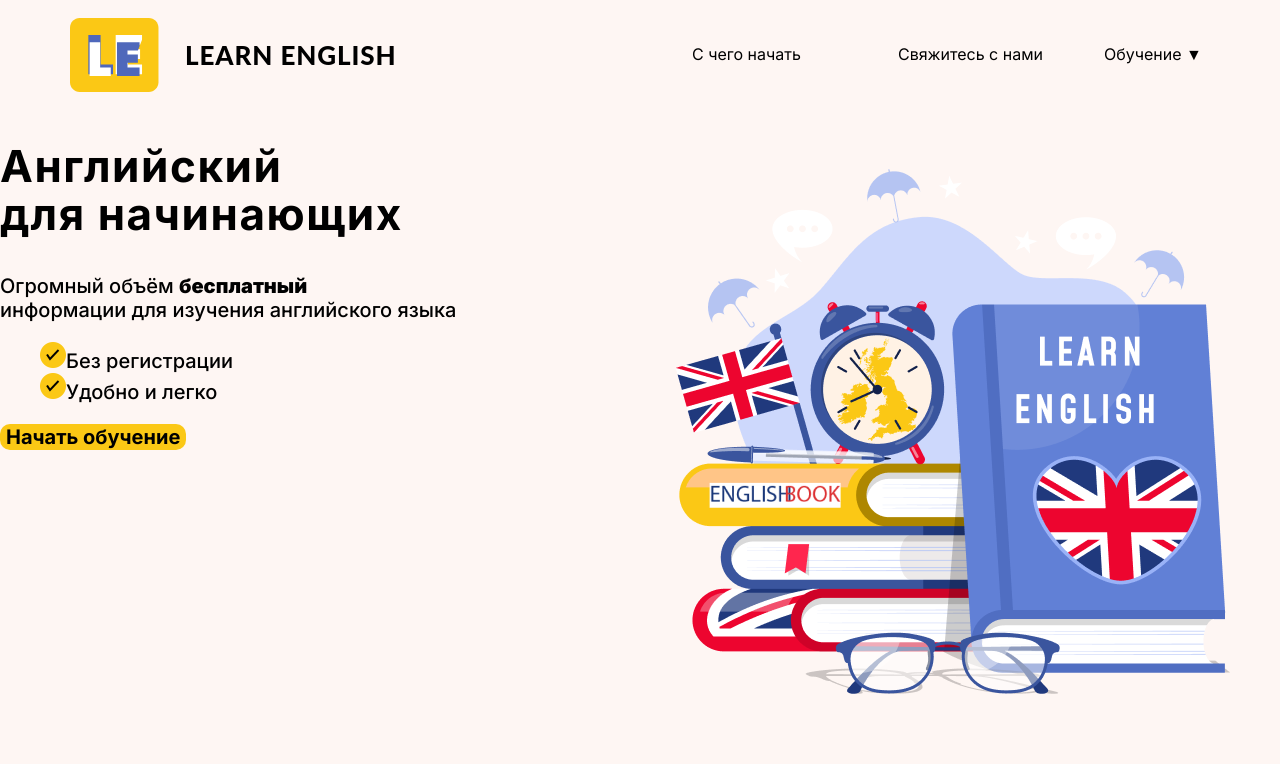
Repository: WladimirVA/Diplom
Page: scool/index.html
These files come from the project's save history. The page is drawn as it stood at one moment and after the next save; the edit follows.
The browser window is 1280 px wide. The pictures show the whole page.

Above is the page before, as saved 2023-07-06 17:57:46.

After the next save:
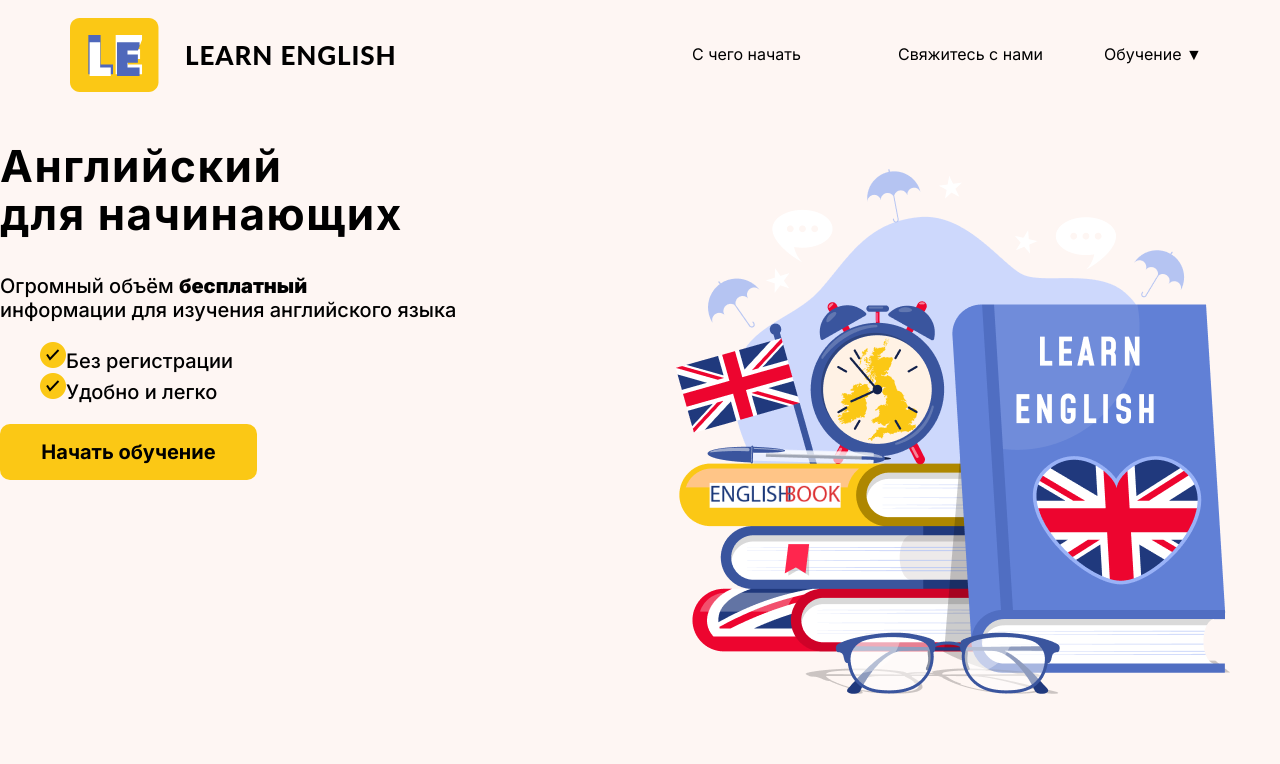
Saved 41 s later.
--- a/scool/css/index.css
+++ b/scool/css/index.css
@@ -162,4 +162,6 @@ ul.ddropdownn .ddropdownn-inside a:hover {/* Цвет фона изменитс
     background:#FBC815;
     border-style: none;
     border-radius: 10px;
+    width: 257px;
+    height: 56px;
 }
